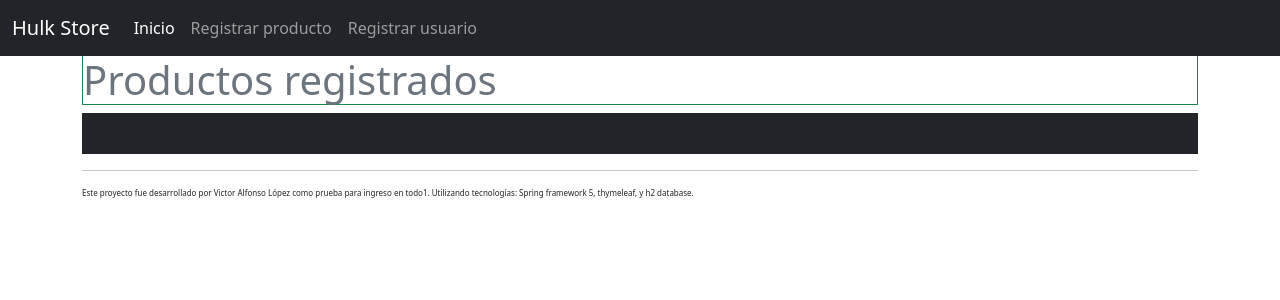
Repository: alfonsoLopez1992/PruebaTODO1
Page: http://localhost/usuario/listado
These files come from the project's save history. The page is drawn as it stood at one moment and after the next save; the edit follows.
The browser window is 1280 px wide. The pictures show the whole page.
Some web libraries are served in a nearby version. The page is this project's Thymeleaf template; nobody is signed in. The template is opened directly, without the code that normally fills it, so the values that code supplies are empty.

Above is the page before, as saved 2021-02-15 20:14:46.

After the next save:
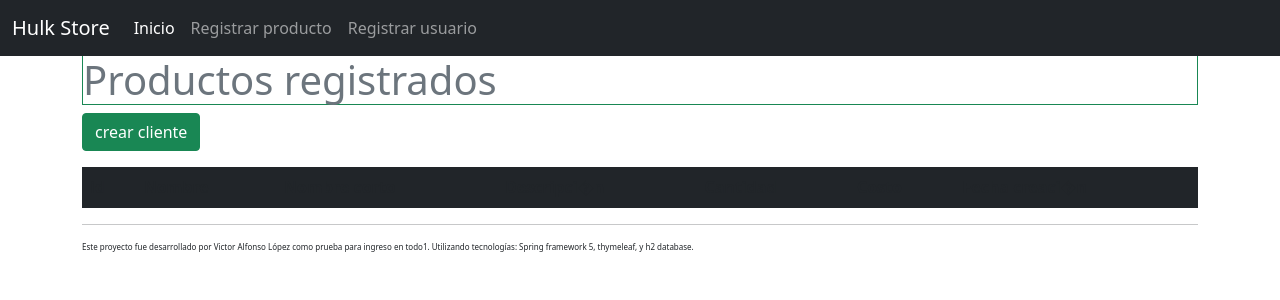
Saved 95 s later.
--- a/hulk-store-internet/src/main/resources/templates/usuario/listado.html
+++ b/hulk-store-internet/src/main/resources/templates/usuario/listado.html
@@ -12,6 +12,7 @@
 			registrados</h1>
 
 
+       <p><a th:href="@{/form}" class="btn btn-success btn-xs">crear cliente</a></p>
 		<table class="table table-striped">
 			<thead class="bg-dark">
 				<tr>
